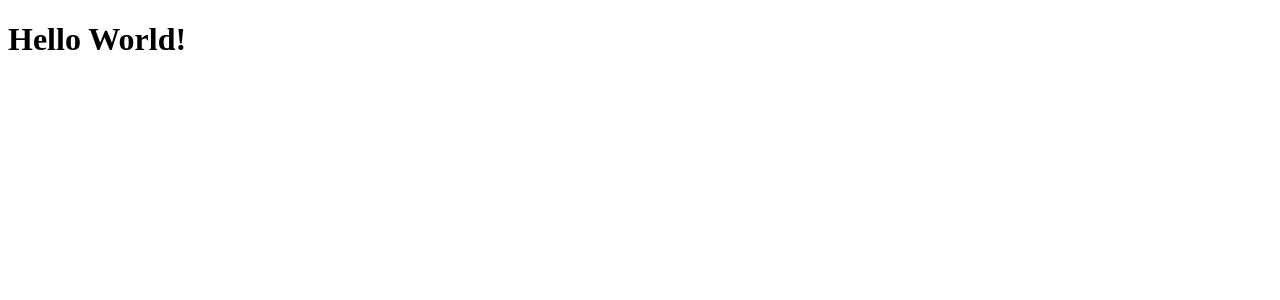
Repository: mnhardy1504/odin-recipes1
Page: html-boilerplate/index.html
An editor plug-in stored every save of this project. The page is shown before and after the next save, followed by the edit.
The browser window is 1280 px wide. The pictures show the whole page.

Above is the page before, as saved 2023-08-18 18:16:25.

After the next save:
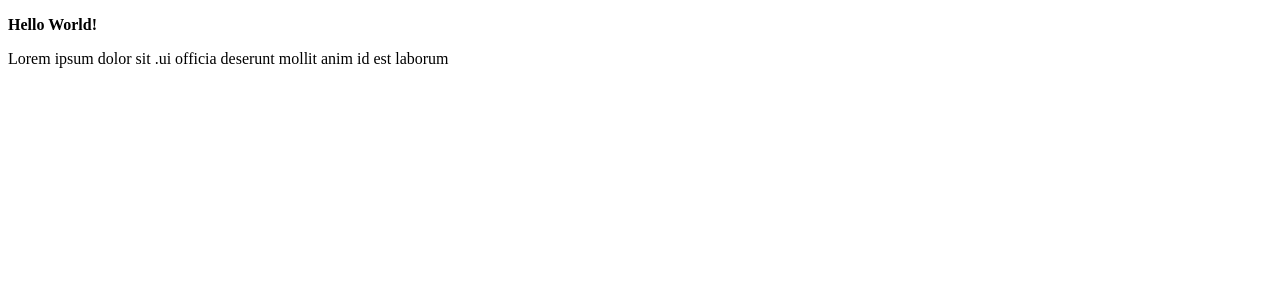
Saved 67 min 13 s later.
--- a/html-boilerplate/index.html
+++ b/html-boilerplate/index.html
@@ -6,6 +6,8 @@
     </head>
 
     <body>
-        <h1>Hello World!</h1>
+       <p> <strong>Hello World!</strong> <p>
+        <p> Lorem ipsum dolor sit .ui officia deserunt mollit anim id est laborum </p>
+       </p>
     </body>
 </html>
